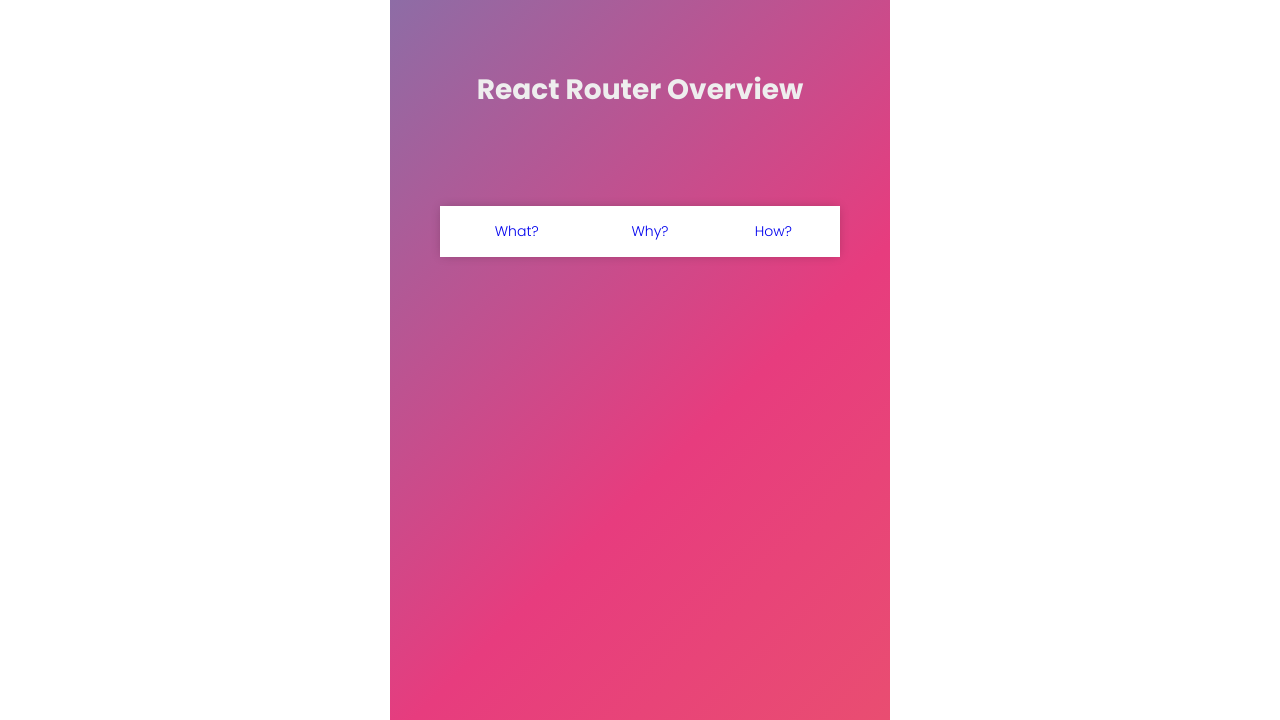
Repository: nguy3nds/2021-18-9-react
Page: /about
The author's editor kept a copy of each file at every save. The page is drawn from the files as they stood at one save, then again after the next save.
The browser window is 1280 px wide. The pictures show the whole page.
The project was rebuilt for these pictures with package versions that can differ from the ones it lists, and the page was loaded fresh each time. Also part of the build but not shown: src/components/What.js, src/components/Why.js, src/components/How.js.

Above is the page before, as saved 2021-09-19 20:45:28.

### src/App.js
import React from "react";
import { BrowserRouter as Router, Switch, Route, Link } from "react-router-dom";
import "./App.css";
import logo from "./logo.svg";
import What from "./components/What.js";
import How from "./components/Why";
import Why from "./components/How";
import styled, { keyframes } from "styled-components";

export default function App() {
  return (
    <Router>
      <DivContainer>
        <h1>React Router Overview</h1>
        <Rotate>
          <img src={logo} className="App-logo" alt="logo" />
        </Rotate>
        <nav>
          <ul className="menu">
            <li class="menu-item has-child">
              <Link to="/What">What?</Link>
            </li>
            <li className="menu-item has-child">
              <Link to="/Why">Why?</Link>
            </li>
            <li className="menu-item has-child">
              <Link to="/How">How?</Link>
            </li>
          </ul>
        </nav>

        {/* A <Switch> looks through its children <Route>s and
            renders the first one that matches the current URL. */}
        <Switch>
          <Route path="/How">
            <How />
          </Route>
          <Route path="/Why">
            <Why />
          </Route>
          <Route path="/What">
            <What />
          </Route>
        </Switch>
      </DivContainer>
    </Router>
  );
}

const gradient = keyframes`
	0% {
		background-position: 0% 50%;
	}
	50% {
		background-position: 100% 50%;
	}
	100% {
		background-position: 0% 50%;
	}
`;

const DivContainer = styled.div`
  margin: 0 auto;
  padding: 50px;
  text-align: center;
  color: #eee;
  background: linear-gradient(-45deg, #ee7752, #e73c7e, #23a6d5, #23d5ab);
  background-size: 400% 400%;
  animation: ${gradient} 15s ease infinite;
  height: 100vh;
`;

const rotate360 = keyframes`
  from {
    transform: rotate(0deg);
  }

  to {
    transform: rotate(360deg);
  }
`;

const Rotate = styled.div`
  display: inline-block;
  animation: ${rotate360} 2s linear infinite;
  padding: 2rem 1rem;
  font-size: 1.2rem;
`;

### src/App.css
@import url("https://fonts.googleapis.com/css2?family=Poppins:wght@300;400;600;700&display=swap");
:root {
  --primary: #08aeea;
  --secondary: #13d2b8;
  --purple: #bd93f9;
  --pink: #ff6bcb;
  --blue: #8be9fd;
  --gray: #333;
  --font: "Poppins", sans-serif;
  --gradient: linear-gradient(40deg, #ff6ec4, #7873f5);
  --shadow: 0 0 15px 0 rgba(0, 0, 0, 0.05);
}
*,
*:before,
*:after {
  box-sizing: border-box;
}
html {
  font-size: 62.5%;
  text-align: center;
}

body {
  font-family: var(--font);
  font-size: 1.4rem;
  overflow-x: hidden;
  font-weight: 300;
  width: 500px;
  margin: 0 auto;
}

img {
  display: block;
  max-width: 100%;
}

a {
  text-decoration: none;
}

input,
button,
textarea,
select {
  font-family: var(--font);
  font-size: 1.4rem;
  font-weight: 300;
  outline: none;
  border: 0;
  margin: 0;
  padding: 0;
  border-radius: 0;
  -webkit-appearance: none;
}

button {
  cursor: pointer;
}

.menu {
  position: relative;
  max-width: 500px;
  margin: 30px auto;
  display: grid;
  grid-template-columns: 1fr 1fr 1fr;
  justify-content: center;
  background-color: white;
  padding: 1.5rem;
  box-shadow: 0 0 10px -2px rgba(0, 0, 0, 0.25);
}

.menu-link {
  font-size: 1.4rem;
  color: #918eae;
  display: block;
}
.menu-link:hover {
  color: #202842;
}

.menu-child-link {
  display: flex;
  align-items: center;
  justify-content: space-between;
  padding: 1.5rem;
  color: #918eae;
}
.menu-child-item {
  position: relative;
}
.menu-child-link:hover {
  color: #202842;
}

.menu-toggle {
  display: none;
}
.nav {
  position: relative;
}
.arrow-right {
  display: none;
}
@media screen and (min-width: 1024px) {
  .arrow-down {
    display: none;
  }
  .arrow-right {
    display: block;
  }
  .menu-item:not(:first-child) {
    margin-left: 2rem;
  }
  .menu-child {
    position: absolute;
    top: 100%;
    left: 0;
    margin-top: 1rem;
    min-width: 20rem;
    background-color: white;
    box-shadow: var(--shadow);
    display: none;
  }
  .menu-child:before {
    content: "";
    position: absolute;
    top: 0;
    left: 0;
    width: 100%;
    height: 1rem;
    background-color: transparent;
    transform: translateY(-100%);
  }
  .menu-child1 {
    top: 0;
    left: 100%;
    margin-top: 0;
  }
  .menu-item.has-child:hover > .menu-child {
    display: block;
  }
  .menu-child-item.has-child:hover > .menu-child {
    display: block;
  }
}

ul li {
  list-style: none;
}
@media screen and (max-width: 1023px) {
  .menu {
    position: absolute;
    right: 0;
    top: 100%;
    min-width: 20rem;
    background-color: white;
    box-shadow: var(--shadow);
    flex-direction: column;
    display: none;
    z-index: 100;
  }
  .menu.show,
  .menu-child.show {
    display: block;
  }
  .menu-item:not(:last-child) {
    border-bottom: 1px solid #eee;
  }
  .menu-link {
    padding: 1.5rem;
    display: flex;
    justify-content: space-between;
    align-items: center;
  }
  .menu-child {
    display: none;
    background-color: #f6f6f6;
  }
  .menu-child1 {
    background-color: #eee;
  }
  .menu-toggle {
    width: max-content;
    font-size: 2rem;
    display: block;
    margin-left: auto;
    cursor: pointer;
  }
}

Loaded but not shown: public/index.html (common file); src/index.js (common file); src/index.css (common file); src/reportWebVitals.js (common file)

After the next save:
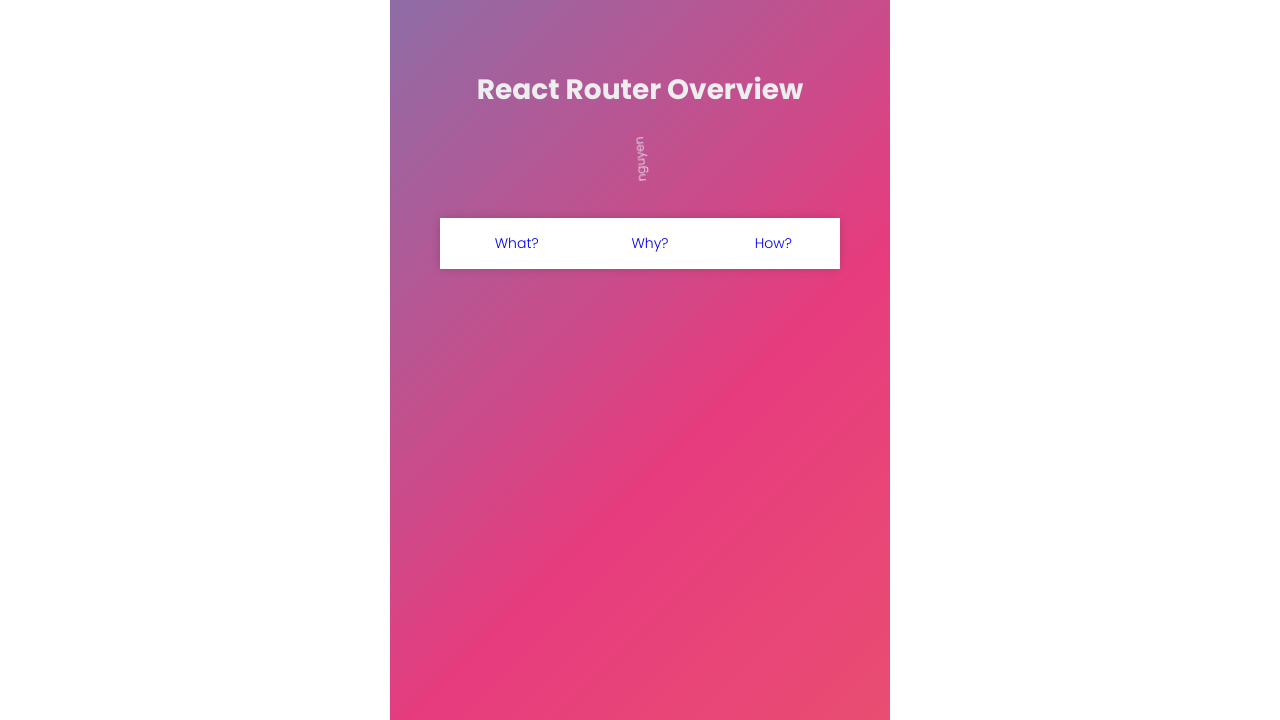
Saved 18 s later.
--- a/src/App.js
+++ b/src/App.js
@@ -12,9 +12,7 @@
     <Router>
       <DivContainer>
         <h1>React Router Overview</h1>
-        <Rotate>
-          <img src={logo} className="App-logo" alt="logo" />
-        </Rotate>
+        <Rotate>nguyen</Rotate>
         <nav>
           <ul className="menu">
             <li class="menu-item has-child">

After the save that followed:
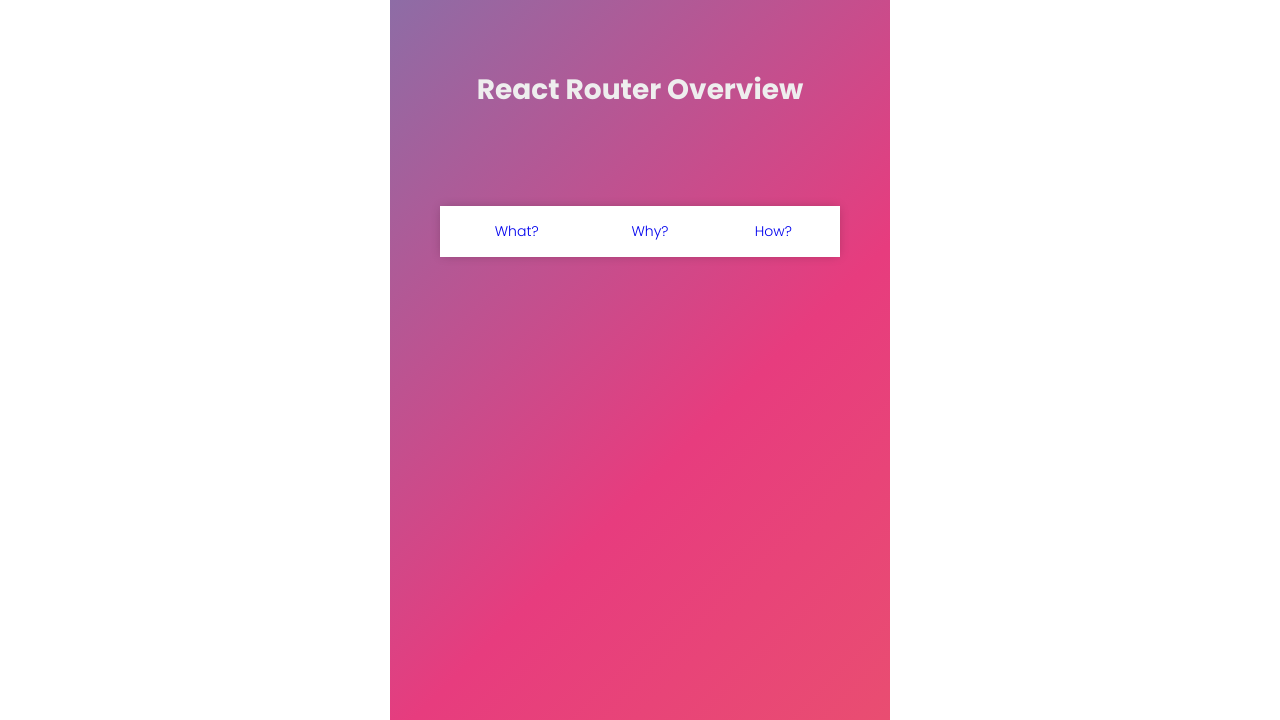
Saved 61 s later.
--- a/src/App.js
+++ b/src/App.js
@@ -12,7 +12,9 @@
     <Router>
       <DivContainer>
         <h1>React Router Overview</h1>
-        <Rotate>nguyen</Rotate>
+        <Rotate>
+          <img src={logo} className="App-logo" alt="logo" />
+        </Rotate>
         <nav>
           <ul className="menu">
             <li class="menu-item has-child">
